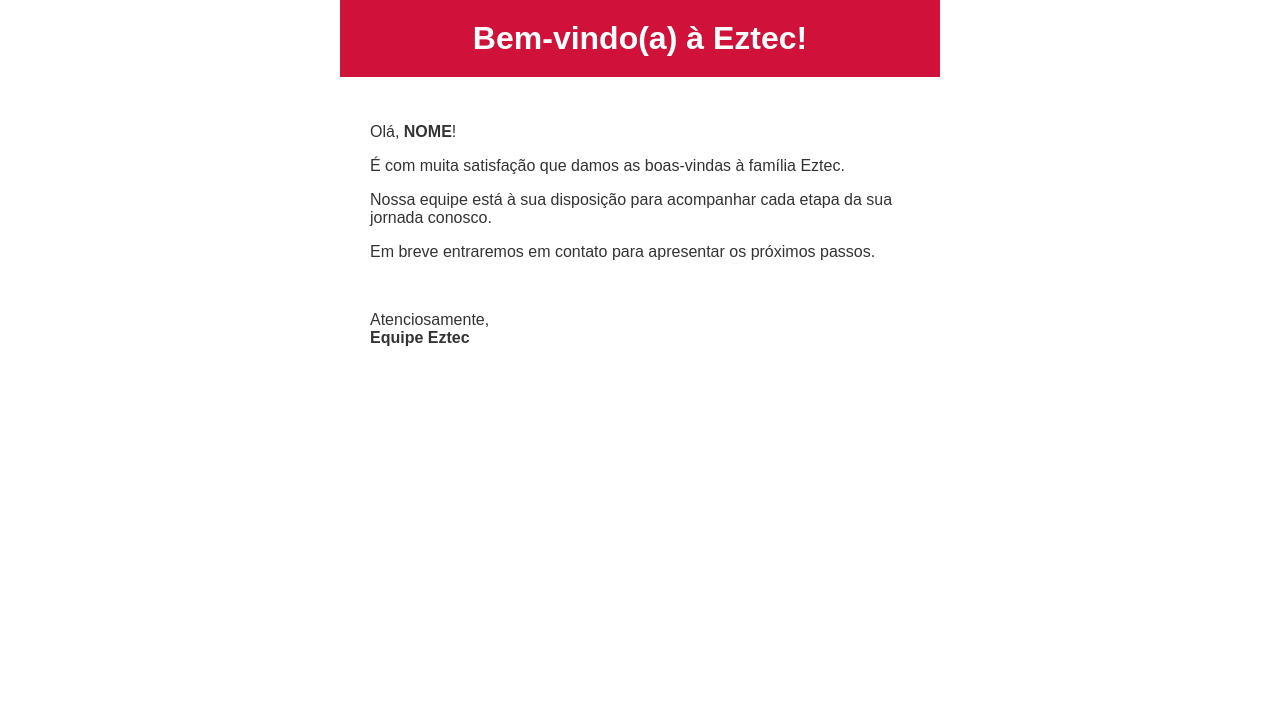
Repository: Miked0/Bot-API-First
Page: templates/boas_vindas.html
An editor plug-in stored every save of this project. The page is shown before and after the next save, followed by the edit.
The browser window is 1280 px wide. The pictures show the whole page.

Above is the page before, as saved 2026-03-16 20:53:19.

### templates/boas_vindas.html
<!DOCTYPE html>
<html lang="pt-BR">
<body style="font-family: Arial, sans-serif; color: #333; max-width: 600px; margin: auto;">
  <div style="background-color: #D01139; padding: 20px; text-align: center;">
    <h1 style="color: white; margin: 0;">Bem-vindo(a) à Eztec!</h1>
  </div>
  <div style="padding: 30px;">
    <p>Olá, <strong>NOME</strong>!</p>
    <p>É com muita satisfação que damos as boas-vindas à família Eztec.</p>
    <p>Nossa equipe está à sua disposição para acompanhar cada etapa da sua jornada conosco.</p>
    <p>Em breve entraremos em contato para apresentar os próximos passos.</p>
    <br>
    <p>Atenciosamente,<br><strong>Equipe Eztec</strong></p>
  </div>
</body>
</html>

After the next save:
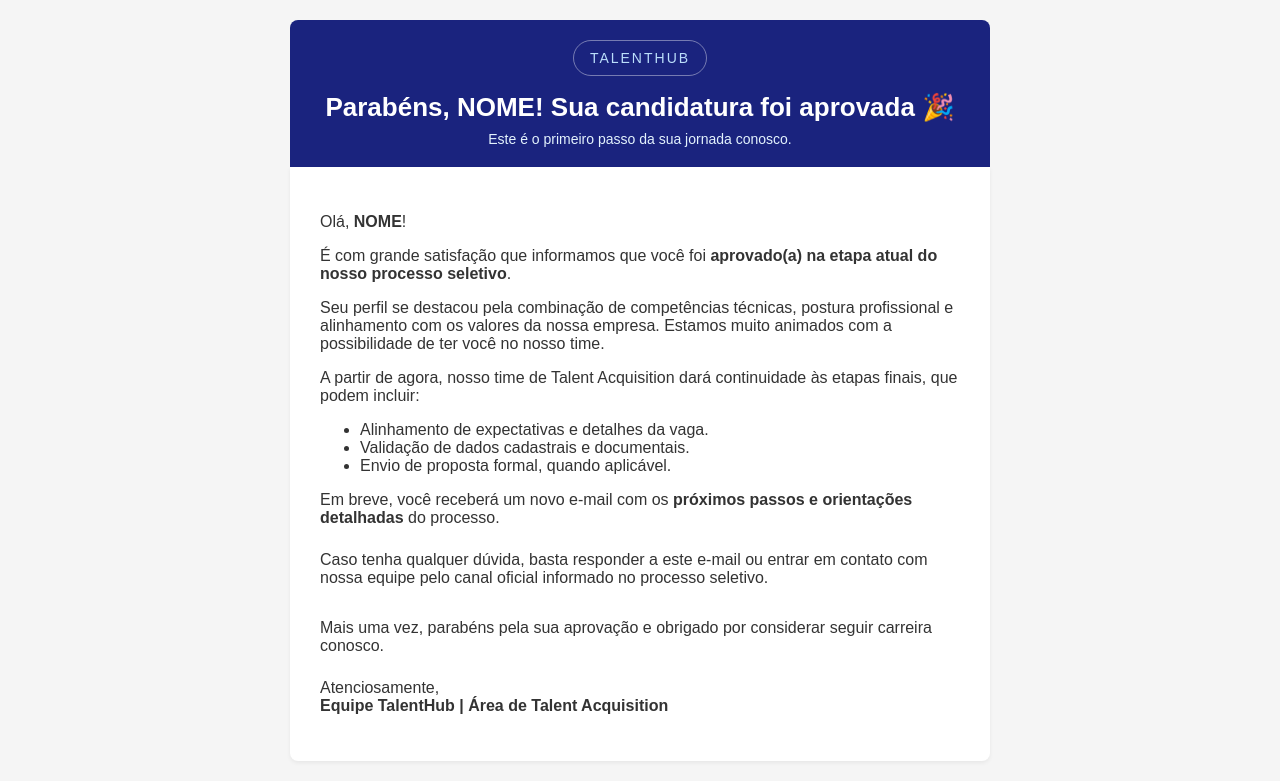
Saved 9 min 46 s later.
--- a/templates/boas_vindas.html
+++ b/templates/boas_vindas.html
@@ -1,16 +1,68 @@
 <!DOCTYPE html>
 <html lang="pt-BR">
-<body style="font-family: Arial, sans-serif; color: #333; max-width: 600px; margin: auto;">
-  <div style="background-color: #D01139; padding: 20px; text-align: center;">
-    <h1 style="color: white; margin: 0;">Bem-vindo(a) à Eztec!</h1>
+<body style="font-family: Arial, sans-serif; color: #333; max-width: 700px; margin: auto; background-color: #f5f5f5; padding: 20px;">
+
+  <!-- Cabeçalho / "Logo" da empresa -->
+  <div style="background-color: #1a237e; padding: 20px; text-align: center; border-radius: 8px 8px 0 0;">
+    <div style="display: inline-block; padding: 8px 16px; border-radius: 999px; border: 1px solid rgba(255,255,255,0.4);">
+      <span style="font-size: 14px; color: #bbdefb; letter-spacing: 2px; text-transform: uppercase;">
+        TalentHub
+      </span>
+    </div>
+    <h1 style="color: #ffffff; margin: 16px 0 8px; font-size: 26px;">
+      Parabéns, <span style="font-weight: bold;">NOME</span>! Sua candidatura foi aprovada 🎉
+    </h1>
+    <p style="color: #e3f2fd; margin: 0; font-size: 14px;">
+      Este é o primeiro passo da sua jornada conosco.
+    </p>
   </div>
-  <div style="padding: 30px;">
+
+  <!-- Corpo do e-mail -->
+  <div style="background-color: #ffffff; padding: 30px; border-radius: 0 0 8px 8px; box-shadow: 0 2px 4px rgba(0,0,0,0.06);">
+
     <p>Olá, <strong>NOME</strong>!</p>
-    <p>É com muita satisfação que damos as boas-vindas à família Eztec.</p>
-    <p>Nossa equipe está à sua disposição para acompanhar cada etapa da sua jornada conosco.</p>
-    <p>Em breve entraremos em contato para apresentar os próximos passos.</p>
-    <br>
-    <p>Atenciosamente,<br><strong>Equipe Eztec</strong></p>
+
+    <p>
+      É com grande satisfação que informamos que você foi
+      <strong>aprovado(a) na etapa atual do nosso processo seletivo</strong>.
+    </p>
+
+    <p>
+      Seu perfil se destacou pela combinação de competências técnicas, postura profissional
+      e alinhamento com os valores da nossa empresa. Estamos muito animados com a possibilidade
+      de ter você no nosso time.
+    </p>
+
+    <p>
+      A partir de agora, nosso time de Talent Acquisition dará continuidade às etapas finais,
+      que podem incluir:
+    </p>
+
+    <ul>
+      <li>Alinhamento de expectativas e detalhes da vaga.</li>
+      <li>Validação de dados cadastrais e documentais.</li>
+      <li>Envio de proposta formal, quando aplicável.</li>
+    </ul>
+
+    <p>
+      Em breve, você receberá um novo e-mail com os
+      <strong>próximos passos e orientações detalhadas</strong> do processo.
+    </p>
+
+    <p style="margin-top: 24px;">
+      Caso tenha qualquer dúvida, basta responder a este e-mail ou entrar em contato
+      com nossa equipe pelo canal oficial informado no processo seletivo.
+    </p>
+
+    <p style="margin-top: 32px;">
+      Mais uma vez, parabéns pela sua aprovação e obrigado por considerar seguir carreira conosco.
+    </p>
+
+    <p style="margin-top: 24px;">
+      Atenciosamente,<br>
+      <strong>Equipe TalentHub | Área de Talent Acquisition</strong>
+    </p>
   </div>
+
 </body>
 </html>
